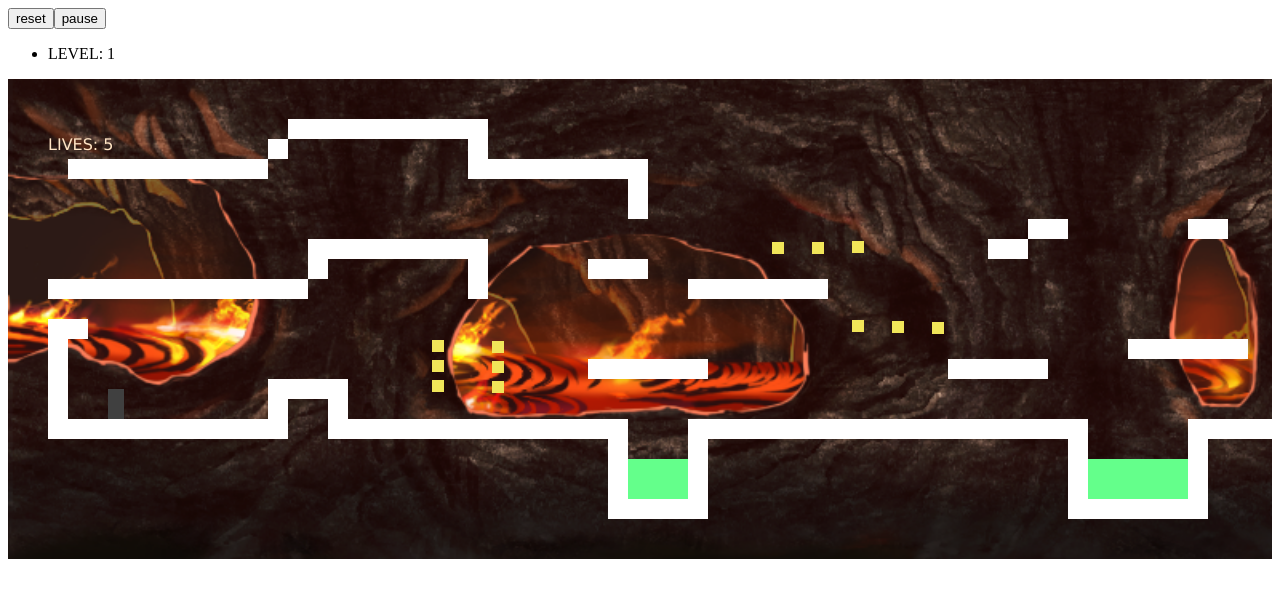
Repository: luccas-teddy/examenlucas
Page: index.html
An editor plug-in stored every save of this project. The page is shown before and after the next save, followed by the edit.
The browser window is 1280 px wide. The pictures show the whole page.

Above is the page before, as saved 2021-02-18 02:23:30.

After the next save:
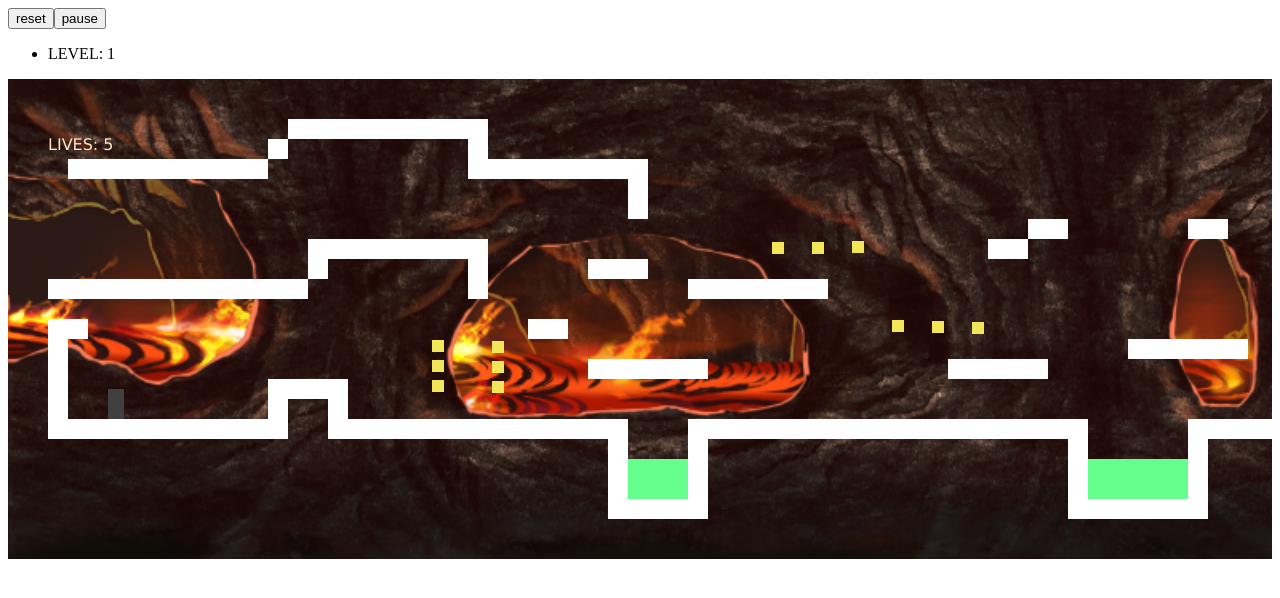
Saved 63 s later.
--- a/code/levels.js
+++ b/code/levels.js
@@ -11,7 +11,7 @@ var GAME_LEVELS = [`
 ...............#.......#.....###.................................##+##..........
 ..#############........#..........#######.........................#v#...........
 ............................................................................##..
-..##......................................o.o.o..............................#..
+..##......................##................o.o.o............................#..
 ..#..................o..o...............................######.............#....
 ..#..................o..o....######............#####.....................o.#....
 ..#..........####....o..o....................................................#..
